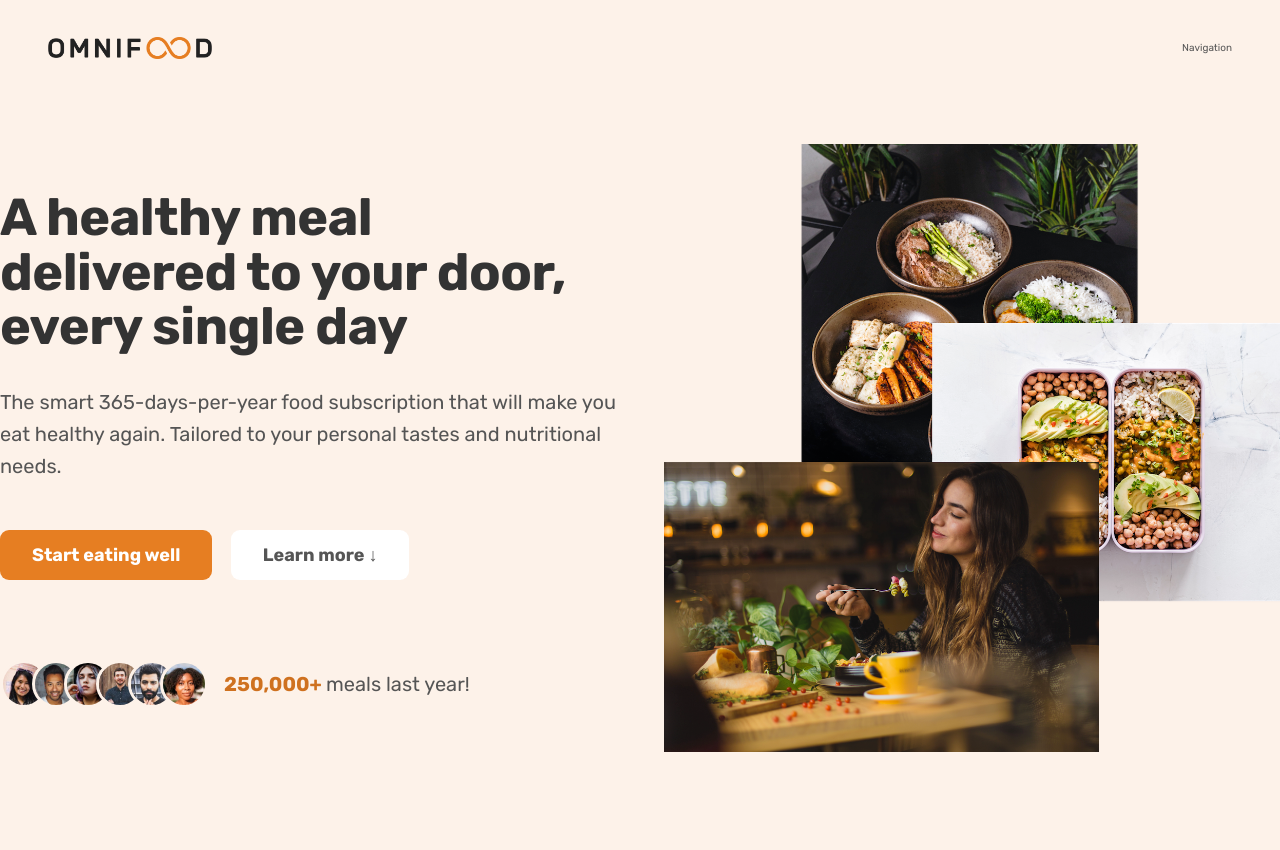
Repository: WefsCao/Omnifood
Page: index.html
These files come from the project's save history. The page is drawn as it stood at one moment and after the next save; the edit follows.
The browser window is 1280 px wide. The pictures show the whole page.

Above is the page before, as saved 2022-06-04 14:19:43.

After the next save:
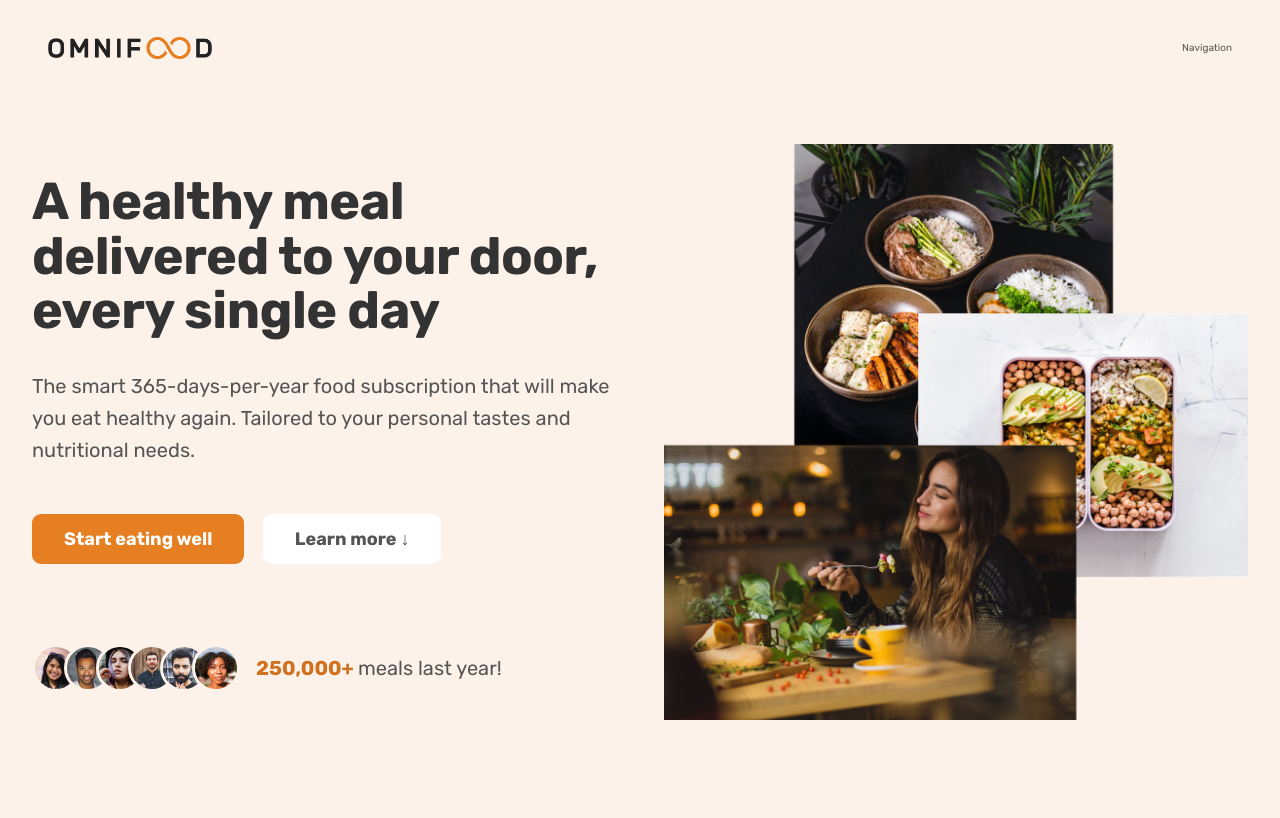
Saved 3 min 20 s later.
--- a/css/style.css
+++ b/css/style.css
@@ -97,6 +97,7 @@
   gap: 4.8rem;
   align-items: center;
   max-width: 130rem;
+  padding: 0 3.2rem;
   margin: 0 auto;
 }
 
